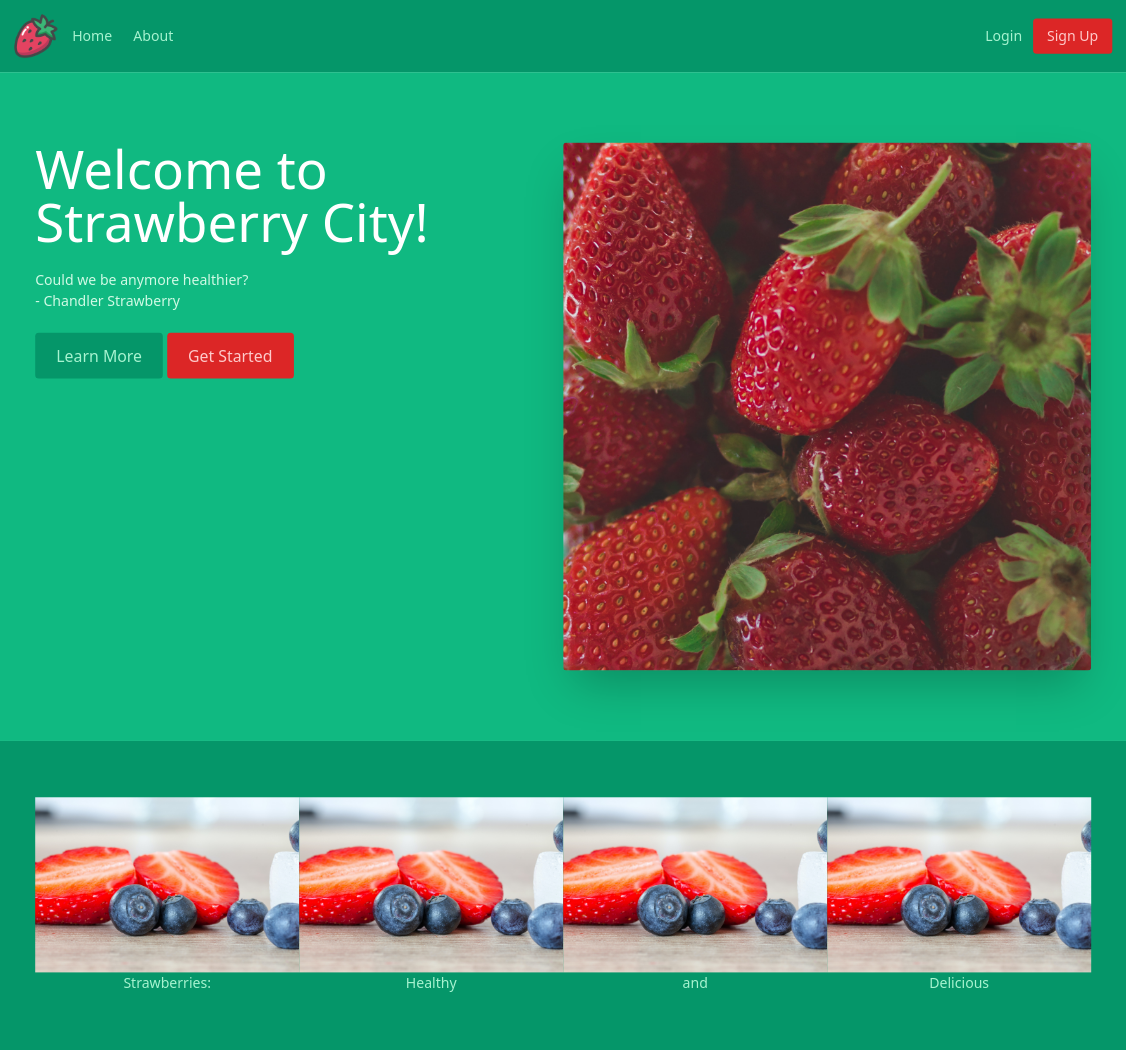
Repository: DaNiels89/tailwind-stawberries
Page: index.html
An editor plug-in stored every save of this project. The page is shown before and after the next save, followed by the edit.
The browser window is 1280 px wide. The pictures show the whole page, at 88% of full size.

Above is the page before, as saved 2020-08-24 14:32:03.

After the next save:
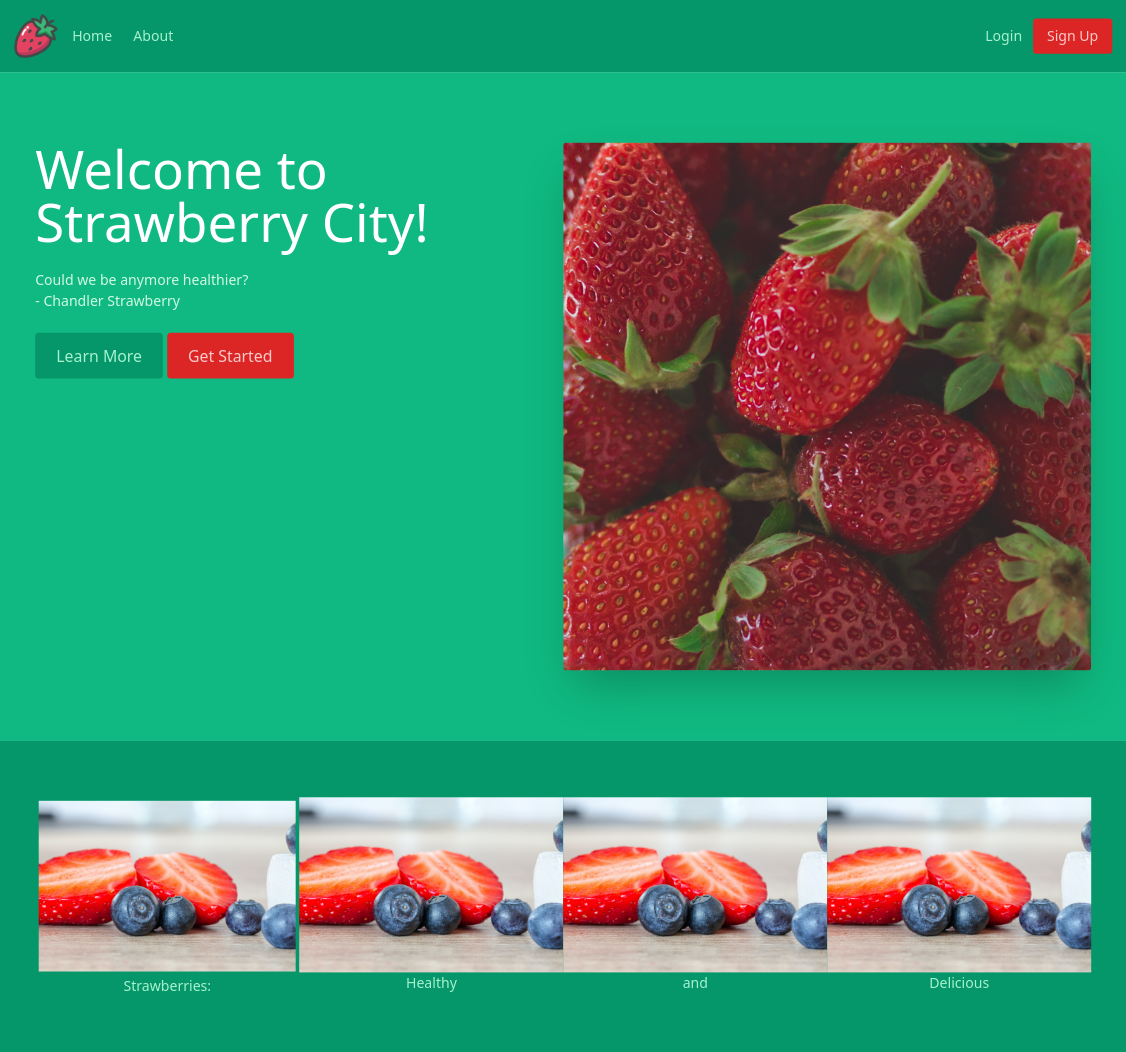
Saved 15 s later.
--- a/index.html
+++ b/index.html
@@ -76,7 +76,11 @@
       </div>
       <div class="flex py-16 px-10 bg-green-600 text-green-200 text-center">
         <div class="">
-          <img src="img/strawberries4.jpg" alt="Strawberries" class="w-full" />
+          <img
+            src="img/strawberries4.jpg"
+            alt="Strawberries"
+            class="w-full p-1"
+          />
           <p class="">Strawberries:</p>
         </div>
         <div class="">

After the save that followed:
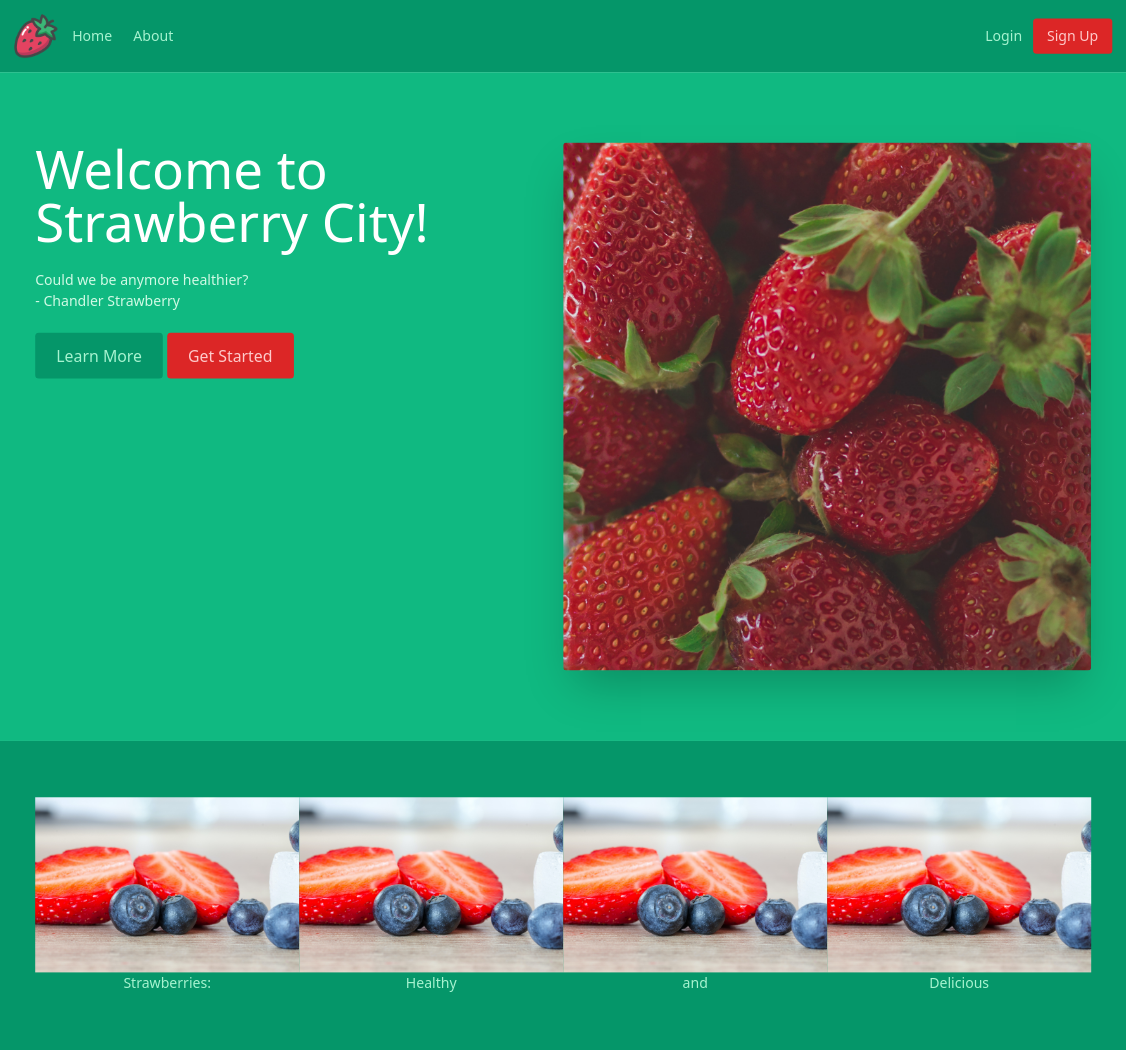
Saved 10 s later.
--- a/index.html
+++ b/index.html
@@ -76,11 +76,7 @@
       </div>
       <div class="flex py-16 px-10 bg-green-600 text-green-200 text-center">
         <div class="">
-          <img
-            src="img/strawberries4.jpg"
-            alt="Strawberries"
-            class="w-full p-1"
-          />
+          <img src="img/strawberries4.jpg" alt="Strawberries" class="w-full" />
           <p class="">Strawberries:</p>
         </div>
         <div class="">
